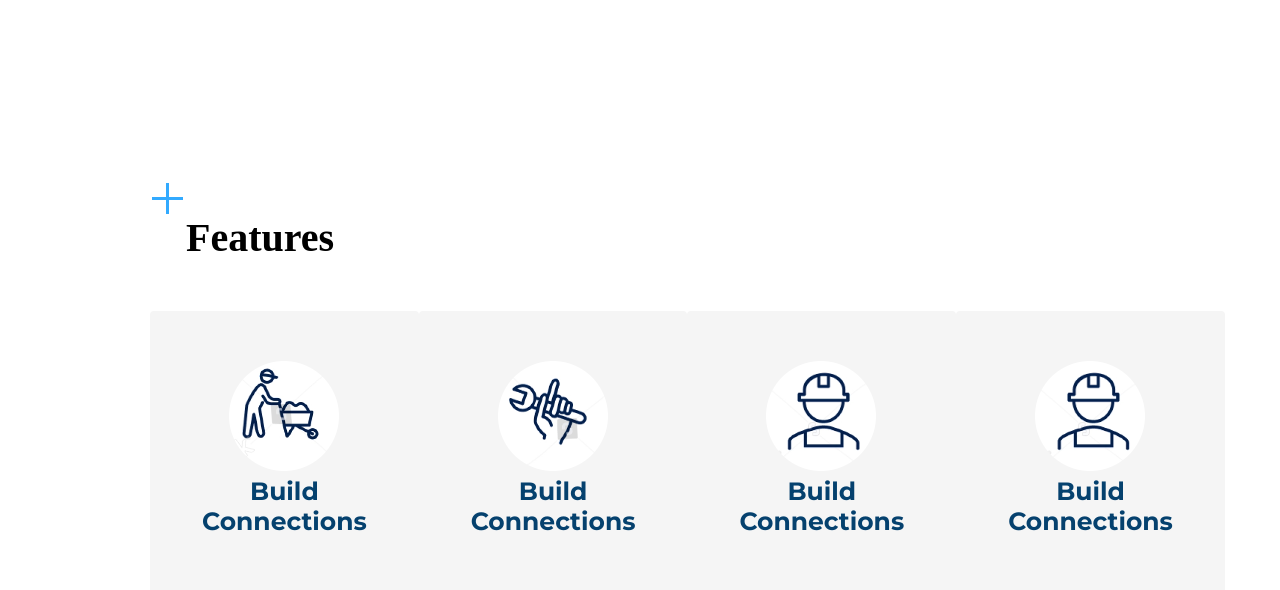
Repository: shekharyadav638/OSL_Assignment_1
Page: index.html
These files come from the project's save history. The page is drawn as it stood at one moment and after the next save; the edit follows.
The browser window is 1280 px wide. The pictures show the whole page.
The style sheet was rebuilt from its Sass, Less or Tailwind sources for each picture, by a compiler version that may differ from the author's.

Above is the page before, as saved 2024-07-14 09:19:32.

After the next save:
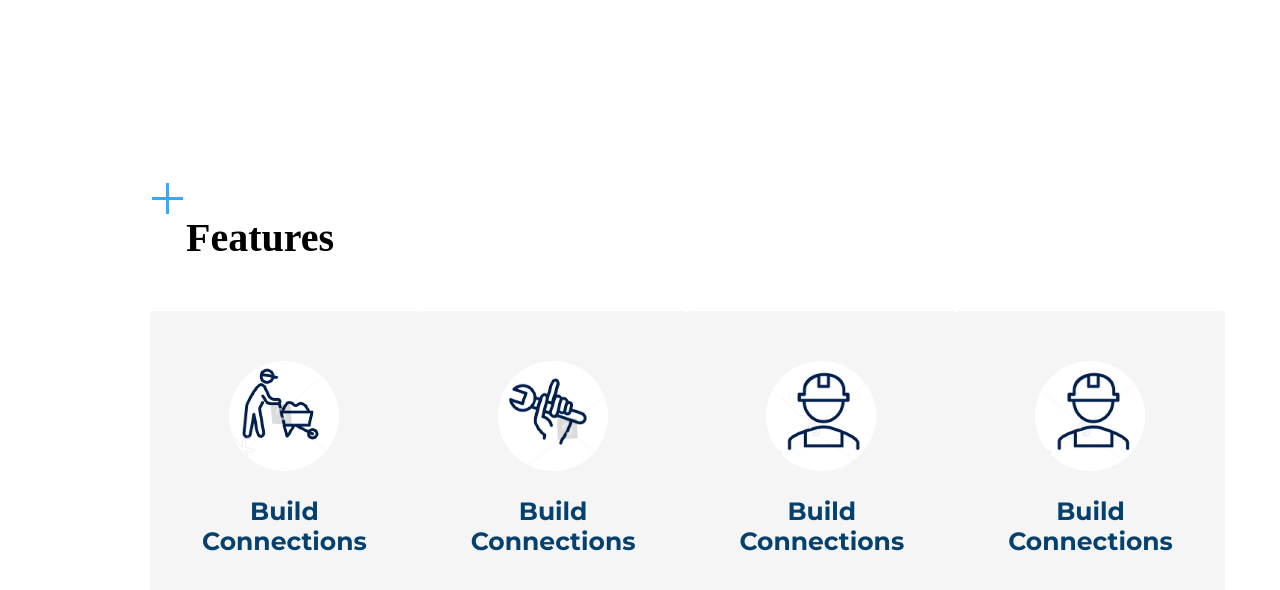
Saved 39 s later.
--- a/_features.scss
+++ b/_features.scss
@@ -43,7 +43,7 @@
     }
 
     &_text {
-      margin-top: 5px;
+      margin-top: 25px;
       text-align: center;
       font: normal normal bold 25px/30px Montserrat;
       letter-spacing: 0px;
